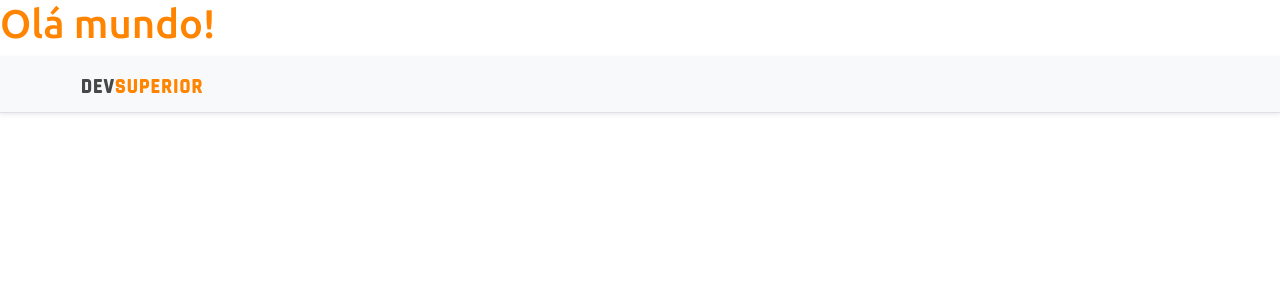
Repository: MayconInforGames2017/evento-dev-superior
Page: / (app in frontend/)
The author's editor kept a copy of each file at every save. The page is drawn from the files as they stood at one save, then again after the next save.
The browser window is 1280 px wide. The pictures show the whole page.
The project was rebuilt for these pictures with package versions that can differ from the ones it lists, and the page was loaded fresh each time.

Above is the page before, as saved 2021-09-07 11:40:02.

After the next save:
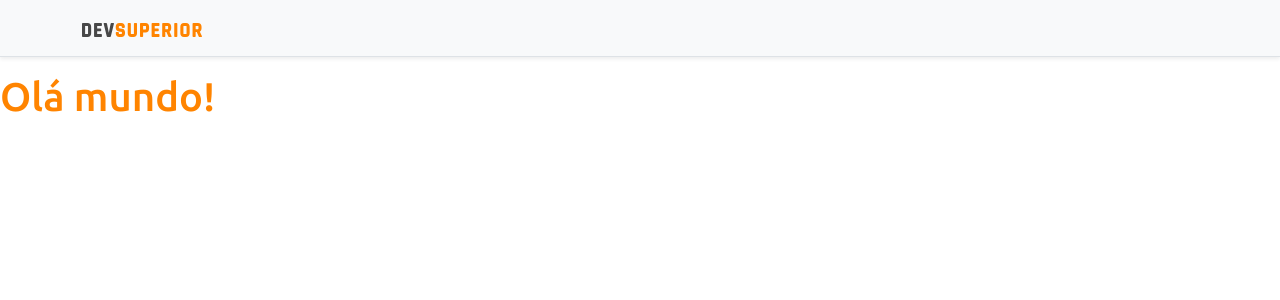
Saved 99 s later.
--- a/frontend/src/App.tsx
+++ b/frontend/src/App.tsx
@@ -2,10 +2,12 @@ import NavBar from "components/NavBar";
 
 function App() {
   return (
-    <div>
-      <h1 className="text-primary">Olá mundo!</h1>
-      <NavBar/>
-    </div>
+    <>
+      <div>
+        <NavBar/>
+        <h1 className="text-primary">Olá mundo!</h1>
+      </div>
+    </>
   );
 }
 
